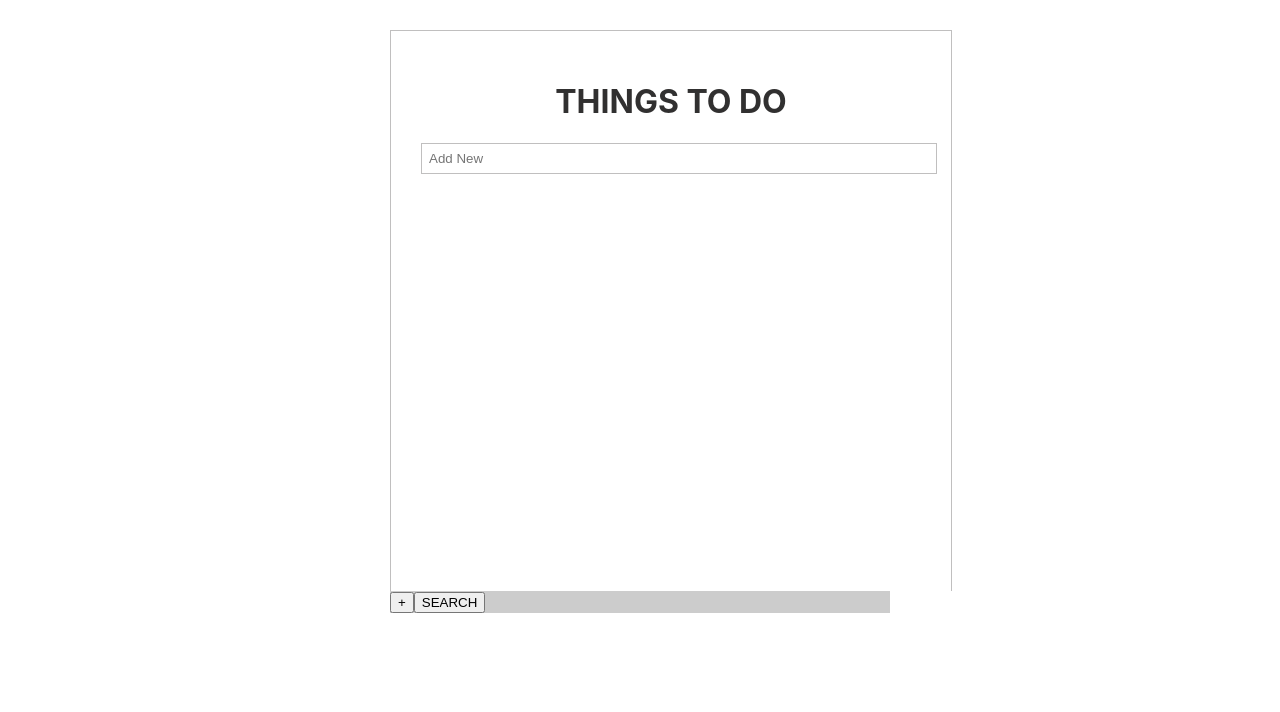
Repository: kirangautam45/To-Do-Application
Page: /
The author's editor kept a copy of each file at every save. The page is drawn from the files as they stood at one save, then again after the next save.
The browser window is 1280 px wide. The pictures show the whole page.
The project was rebuilt for these pictures with package versions that can differ from the ones it lists, and the page was loaded fresh each time.

Above is the page before, as saved 2022-08-11 11:58:11.

### src/App.js
import './App.css';

function App() {
  return (
    <div className="App">
      <div className='To_Body'>
        <h1 className='Header'> THINGS TO DO</h1>
        <input className='Input_text' placeholder='Add New' />
        </div>
        <div className='Icon_group'>
          <button>+</button>
          <button>SEARCH</button>
        </div>
    </div>
  );
}

export default App;

### src/App.css
.App {
  background-color: #ccc;
  width: 500px;
margin: 30px auto;
}
.Header{
  text-align: center;
  color:rgb(49, 48, 48);
}
.To_Body{
min-width: 500px;
min-height: 500px ;
justify-content: center;
background-color: #ffffff;
padding: 30px;
border: 1px rgb(192, 191, 191);
    border-top-style: none;
    border-right-style: none;
    border-left-style: none;
border-style: solid solid none;
}
.Input_text{
  outline: none;
  width: 100%;
  padding: 7px;
  border: 1px solid  rgb(192, 191, 191);
  margin-bottom: 2%;
}
.Icon_group{

}

Loaded but not shown: public/index.html (common file); src/index.js (common file); src/index.css (common file)

After the next save:
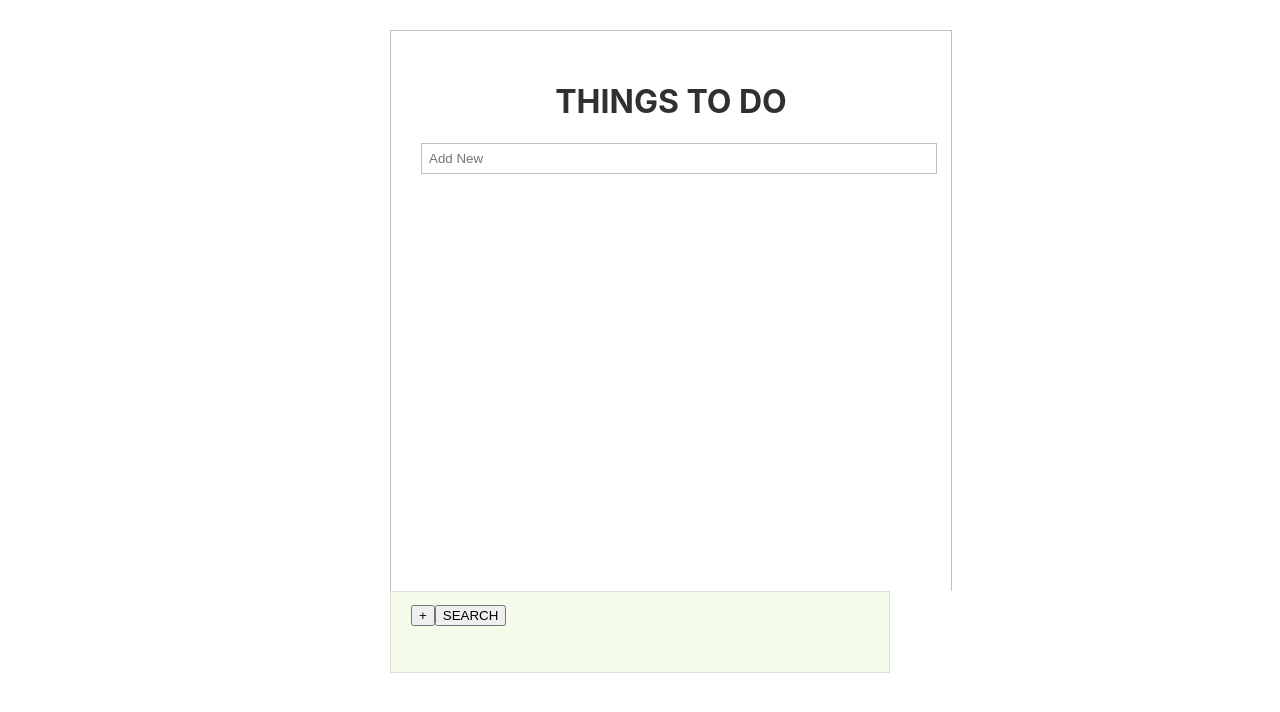
Saved 5 min 1 s later.
--- a/src/App.css
+++ b/src/App.css
@@ -27,5 +27,10 @@ border-style: solid solid none;
   margin-bottom: 2%;
 }
 .Icon_group{
-
+  height: 56px;
+justify-content: space-between;
+border: 1px solid #ddd;
+background-color: #f4fbe8;
+padding: 12px 20px;
+font-weight: 300
 }
